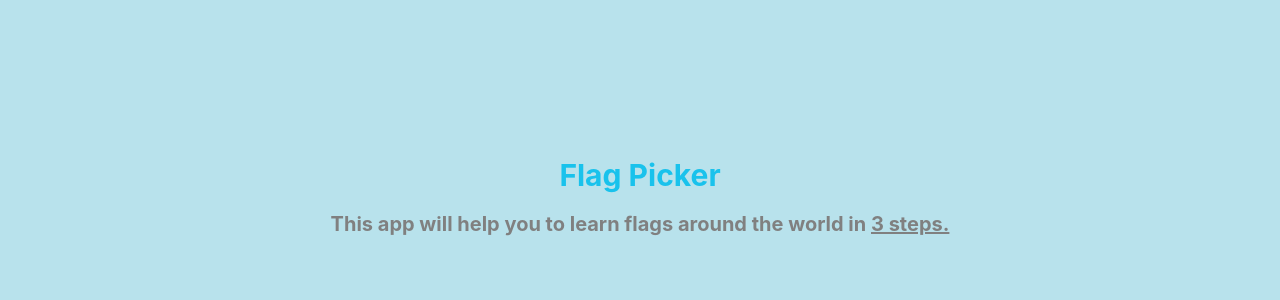
Repository: paras-shah/flag-app
Page: /
An editor plug-in stored every save of this project. The page is shown before and after the next save, followed by the edit.
The browser window is 1280 px wide. The pictures show the whole page.
The project was rebuilt for these pictures with package versions that can differ from the ones it lists, and the page was loaded fresh each time.

Above is the page before, as saved 2020-02-11 21:36:29.

### public/index.html
<!DOCTYPE html>
<html lang="en">
  <head>
    <meta charset="utf-8" />
    <link rel="icon" href="%PUBLIC_URL%/favicon.ico" />
    <meta name="viewport" content="width=device-width, initial-scale=1" />
    <meta name="theme-color" content="#000000" />
    <meta
      name="description"
      content="Web site created using create-react-app"
    />
    <link rel="apple-touch-icon" href="%PUBLIC_URL%/logo192.png" />
    <link href="https://fonts.googleapis.com/css?family=Roboto&display=swap" rel="stylesheet">
    <!--
      manifest.json provides metadata used when your web app is installed on a
      user's mobile device or desktop. See https://developers.google.com/web/fundamentals/web-app-manifest/
    -->
    <link rel="manifest" href="%PUBLIC_URL%/manifest.json" />
    <!--
      Notice the use of %PUBLIC_URL% in the tags above.
      It will be replaced with the URL of the `public` folder during the build.
      Only files inside the `public` folder can be referenced from the HTML.

      Unlike "/favicon.ico" or "favicon.ico", "%PUBLIC_URL%/favicon.ico" will
      work correctly both with client-side routing and a non-root public URL.
      Learn how to configure a non-root public URL by running `npm run build`.
    -->
    <title>Flag App</title>
  </head>
  <body>
    <noscript>You need to enable JavaScript to run this app.</noscript>
    <div id="root"></div>
    <!--
      This HTML file is a template.
      If you open it directly in the browser, you will see an empty page.

      You can add webfonts, meta tags, or analytics to this file.
      The build step will place the bundled scripts into the <body> tag.

      To begin the development, run `npm start` or `yarn start`.
      To create a production bundle, use `npm run build` or `yarn build`.
    -->
  </body>
</html>

### src/index.js
import React from 'react';
import ReactDOM from 'react-dom';

import './style/normalize.css';
import './style/index.css';

import App from './App';

ReactDOM.render(<App />, document.getElementById('root'));

### src/style/index.css

body {
  margin: 0;
  font-family: -apple-system, BlinkMacSystemFont, 'Segoe UI', 'Roboto', 'Oxygen',
    'Ubuntu', 'Cantarell', 'Fira Sans', 'Droid Sans', 'Helvetica Neue',
    sans-serif;
  -webkit-font-smoothing: antialiased;
  -moz-osx-font-smoothing: grayscale;
  background-color: rgb(184, 226, 236);
}

.app-main{
  margin: 10% auto;
  padding: 10px;
  text-align: center;
}

h1{
  font-size: 30px;
  color: rgb(25, 194, 236);
}

h2{
  font-size: 20px;
  color: grey;
}

h2 span {
  text-decoration: underline;
}

### src/App.js
import React from 'react';

// Components

// Config
import COPY from "./config/copy";
import data from "./config/continents.json";


class App extends React.Component {
  constructor(props) {
    super(props);

    this.state = {
      flagData: null,
      selectedContinent: null,
      selectedCountry: [],
    }
  }

  componentDidMount() {
    this.setState({ flagData: data });
  }


  render() {
    return (
      <main className="app-main">
        <header className="app-header">
          <h1>{COPY.HEADER_TEXT}</h1>
          <h2>{COPY.HEADER_SUBTEXT} <span> {COPY.HEADER_SUBTEXT_TWO} </span></h2>
        </header>

        <div className="app-content">
        </div>
      </main>
    );
  }
}

export default App;

### src/config/copy.js
export default {
    HEADER_TEXT : "Flag Picker",
    HEADER_SUBTEXT : "This app will help you to learn flags around the world in",
    HEADER_SUBTEXT_TWO : "3 steps.",
};

### src/config/continents.json
[
	{
		"continent": "Africa",
		"countries": [
			{
				"name": "Nigeria",
				"flag": "🇳🇬"
			},
			{
				"name": "Ethiopia",
				"flag": "🇪🇹"
			},
			{
				"name": "Egypt",
				"flag": "🇪🇬"
			},
			{
				"name": "DR Congo",
				"flag": "🇨🇩"
			},
			{
				"name": "South Africa",
				"flag": "🇿🇦"
			}
		]
	},
	{
		"continent": "America",
		"countries": [
			{
				"name": "USA",
				"flag": "🇺🇸"
			},
			{
				"name": "Brazil",
				"flag": "🇧🇷"
			},
			{
				"name": "Mexico",
				"flag": "🇲🇽"
			},
			{
				"name": "Colombia",
				"flag": "🇨🇴"
			},
			{
				"name": "Argentina",
				"flag": "🇦🇷"
			}
		]
	},
	{
		"continent": "Asia",
		"countries": [
			{
				"name": "China",
				"flag": "🇨🇳"
			},
			{
				"name": "India",
				"flag": "🇮🇳"
			},
			{
				"name": "Indonesia",
				"flag": "🇮🇩"
			},
			{
				"name": "Pakistan",
				"flag": "🇵🇰"
			},
			{
				"name": "Bangladesh",
				"flag": "🇧🇩"
			}
		]
	},
	{
		"continent": "Europe",
		"countries": [
			{
				"name": "Russia",
				"flag": "🇷🇺"
			},
			{
				"name": "Germany",
				"flag": "🇩🇪"
			},
			{
				"name": "UK",
				"flag": "🇬🇧"
			},
			{
				"name": "France",
				"flag": "🇫🇷"
			},
			{
				"name": "Italy",
				"flag": "🇮🇹"
			}
		]
	},
	{
		"continent": "Oceania",
		"countries": [
			{
				"name": "Australia",
				"flag": "🇦🇺"
			},
			{
				"name": "Papua New Guinea",
				"flag": "🇵🇬"
			},
			{
				"name": "New Zealand",
				"flag": "🇳🇿"
			},
			{
				"name": "Fiji",
				"flag": "🇫🇯"
			},
			{
				"name": "Solomon Islands",
				"flag": "🇸🇧"
			}
		]
	}
]

Loaded but not shown: src/style/normalize.css (library)

After the next save:
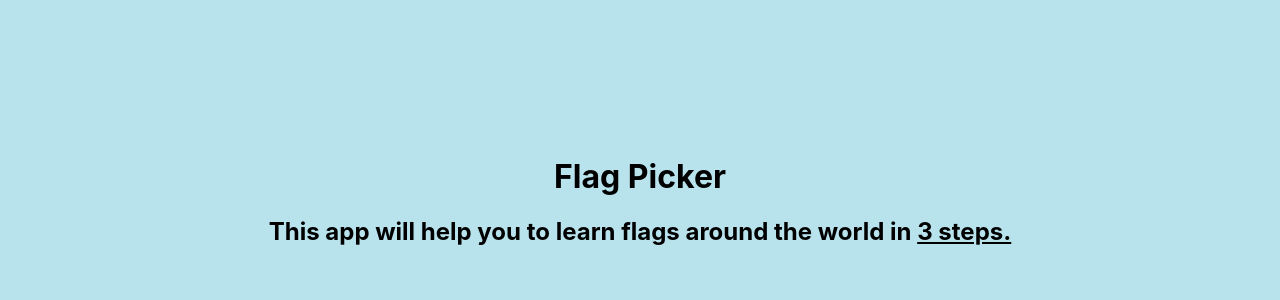
Saved 53 s later.
--- a/src/style/index.css
+++ b/src/style/index.css
@@ -15,12 +15,12 @@ body {
   text-align: center;
 }
 
-h1{
+.mainText{
   font-size: 30px;
   color: rgb(25, 194, 236);
 }
 
-h2{
+.subText{
   font-size: 20px;
   color: grey;
 }

After the save that followed:
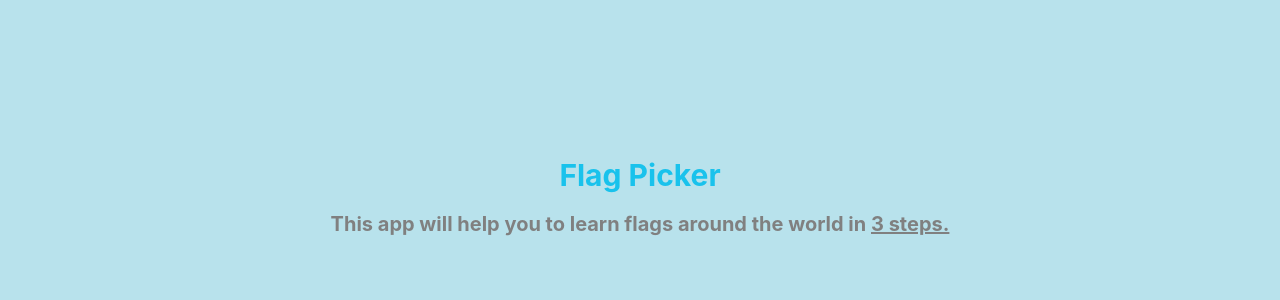
Saved 18 s later.
--- a/src/App.js
+++ b/src/App.js
@@ -27,8 +27,8 @@ class App extends React.Component {
     return (
       <main className="app-main">
         <header className="app-header">
-          <h1>{COPY.HEADER_TEXT}</h1>
-          <h2>{COPY.HEADER_SUBTEXT} <span> {COPY.HEADER_SUBTEXT_TWO} </span></h2>
+          <h1 className="mainText">{COPY.HEADER_TEXT}</h1>
+          <h2 className="subText">{COPY.HEADER_SUBTEXT} <span> {COPY.HEADER_SUBTEXT_TWO} </span></h2>
         </header>
 
         <div className="app-content">
